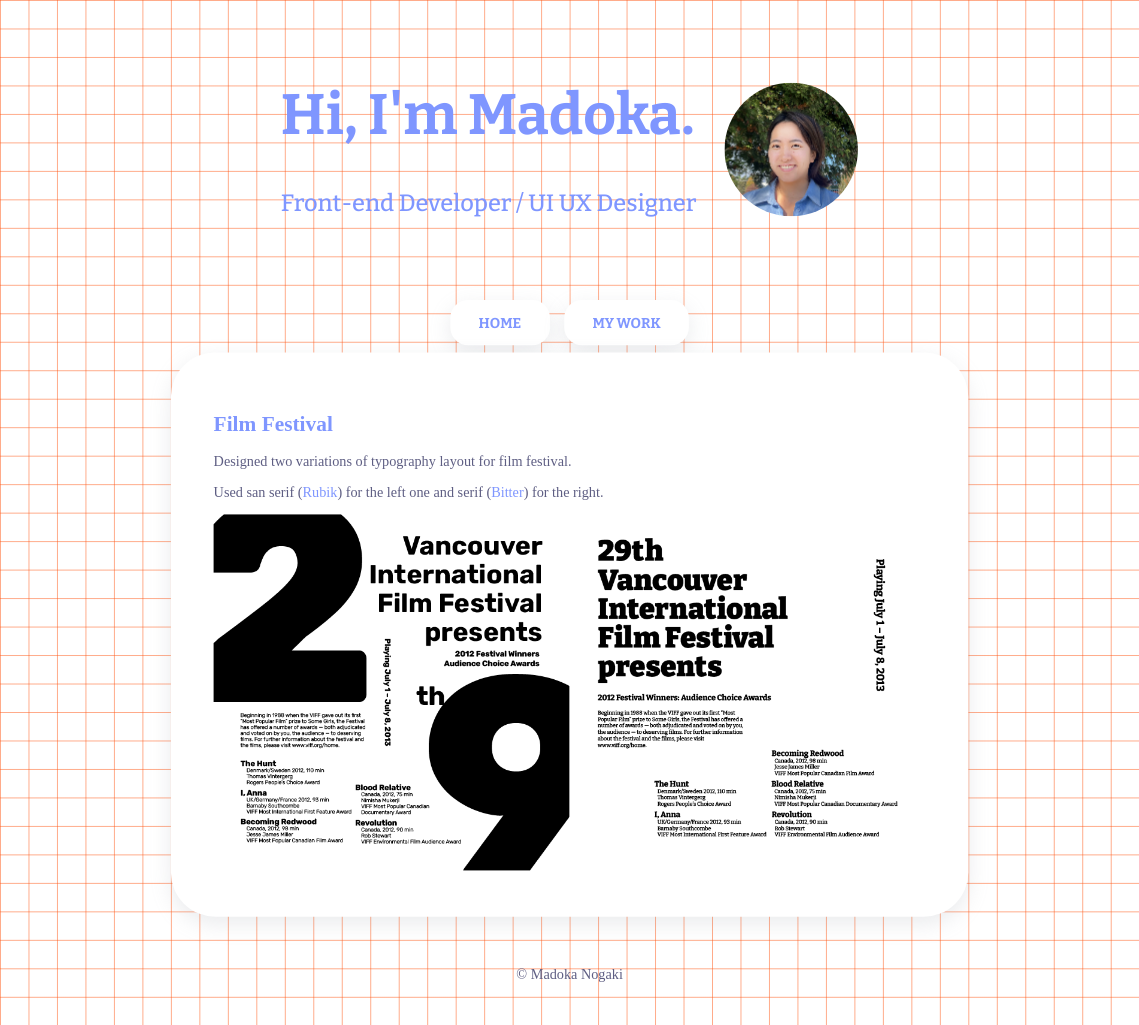
Repository: ohmaruko/portfolio
Page: /links/filmFestival
These files come from the project's save history. The page is drawn as it stood at one moment and after a run of saves; the edit follows.
The browser window is 1280 px wide. The pictures show the whole page, at 89% of full size.
The project was rebuilt for these pictures with package versions that can differ from the ones it lists, and the page was loaded fresh each time. The framework's server and built-in components were replaced by stand-ins that run in the browser. Also part of the build but not shown: next.config.mjs.

Above is the page before, as saved 2024-02-18 23:46:26.

### pages/links/filmFestival.js
import styles from '/styles/Home.module.css'
import Header from '@/components/Header'
import Footer from '@/components/Footer'
import { Open_Sans } from 'next/font/google'
import Image from 'next/image'
const openSans = Open_Sans ({subsets: ['latin']})
import Box from '@/components/Box'

export default function Works() {
  return (
    <>

      <head>
        <title>Madoka Nogaki Portfolio</title>
        <meta name="description" content="Portfolio page" />
        <meta name="viewport" content="width=device-width, initial-scale=1" />
        <link rel="icon" href="/favicon.png" />
      </head>

      <div className={styles.container}>
        <Header className={openSans.className}/>
        <main className={styles.film}>
            <div>
                <Box content={
                    <div>
                        <h2>Film Festival</h2>
                        <p>Designed two variations of typography layout for film festival.</p>
                        <p>Used san serif (<a href="https://fonts.google.com/specimen/Rubik" target='_blank'>Rubik</a>) for the left one
                        and serif (<a href="https://fonts.google.com/specimen/Bitter" target='_blank'>Bitter</a>) for the right.</p>
                        <Image src='/images/film1.png' alt='Hair Sunset Ad1' width={400} height={400}/>
                        <Image src='/images/film2.png' alt='Hair Sunset Ad1' width={400} height={400}/>

                    </div>
                }/>
            </div>
        </main>

        <div className={styles.outerContainer}>
          <Footer />
        </div>
      </div>

    </>
  )
}

### styles/globals.css
:root {
  --orange: #FF5714;
  --light-orange: rgba(255, 87, 20, 0.5);
  --blue: #7F96FF;
  --white: #fff;
  --light-yellow: #FFF6E5;
  --text: #5e5e83;
  color: var(--blue);
}

body {
  margin: 0;
  background-image:
    linear-gradient(to right, var(--light-orange) 1px, transparent 1px),
    linear-gradient(to bottom, var(--light-orange) 1px, transparent 1px);
  background-size: 2em 2em;
  background-color: var(--white);
}
h1 {
  font-size: 64px;
}
h2 {
  font-size: 24px;
}
p {
  color: var(--text);
  font-size: 16px;
}
@media (max-width: 820px){
  h1 {
    font-size: 36px;
  }
  p {
    font-size: 14px;
  }
}

### styles/Home.module.css
.container {
  display: flex;
  flex-direction: column;
  align-items: center;
  min-height: 100vh;
  width: 100%;
}
/* .header {
  width: 70%;
} */
.outerContainer {
  display: flex;
  flex-wrap: wrap;
  width: 70%;
  justify-content: center;
  margin: 2em auto;
}
.box1 {
  width: 60%;
}
.box2 {
  width: 40%;
}
.link {
  text-decoration: none;
  color: var(--text);
  display: flex;
  align-items: center;
  gap: 1rem;
}
.logo {
  fill: var(--blue);
  padding: 5px;
  border-radius: 10px;
}
.link:hover .logo{
  background-color: var(--blue);
  fill: var(--white);
}
.skill {
  display: flex;
  gap: 1rem;
}
.footer {
  margin: 2rem;
}
.works {
  margin: 2rem;
  width: 70%;
  display: flex;
  flex-wrap: wrap;
  justify-content: center;
}
.donuts {
  width: 70%;
}
.ads {
  display: flex;
  flex-wrap: wrap;
  justify-content: center;
  gap: 1rem;
}
.logoContainer {
  display: flex;
  flex-direction: column;
}
.logoInner{
  display: flex;
  justify-content: space-evenly;
}
.film a{
  text-decoration: none;
  color: var(--blue);
}


/* mobile */
@media (max-width: 820px){
  .box1 {
    flex-basis: 100%;
  }
  .box2 {
    flex-basis: 100%;
  }
  .outerContainer {
    width: 90%;
  }
  .donuts {
    width: 90%;
  }
  .hair {
    width: 90%;
  }
}

### components/Header/index.js
import styles from './Header.module.css'
import Image from 'next/image'
import Link from 'next/link'
import { Bitter } from 'next/font/google'
const bitter = Bitter ({subsets: ['latin']})

export default function Header() {
    return (
        <header className={`${styles.header}, ${bitter.className}`}>
            <div className={styles.banner}>
                <div>
                    <h1>Hi, I'm Madoka.</h1>
                    <h5 style={{fontWeight: 500}}>Front-end Developer / UI UX Designer</h5>
                </div>
                <Image src="/images/profile.png" alt="profile image" width={150} height={150} className={styles.img} />
            </div>
            <div className={styles.menu}>
                <Link href='/'>HOME</Link>
                <Link href='/works'>MY WORK</Link>
            </div>
        </header>

    )
}

### components/Footer/index.js
import styles from "./Footer.module.css"

export default function Footer() {
    return (
        <>
            <p>&copy; Madoka Nogaki</p>
        </>
    )
}

### components/Box/index.js
import styles from "./Box.module.css"

export default function Box({
    title,
    content,
}) {
    return (
        <div className={styles.box} style={{}}>
            <h2 style={{color: "var(--blue)"}}>{title}</h2>
            {content}
        </div>
    )
}

### components/Header/Header.module.css
.header {
    width: 100%;
}
.banner {
    font-size: 2em;
    color: var(--blue);
    display: flex;
    justify-content: center;
    align-items: center;
    gap: 2rem;
    margin: 3rem 0;
}
.img {
    border-radius: 50%;
}
.menu {
    display: flex;
    justify-content: center;
    gap: 1rem;
}
.menu a {
    text-decoration: none;
    color: var(--blue);
    font-weight: bold;
    background-color: var(--white);
    box-shadow: rgba(149, 157, 165, 0.2) 0px 8px 24px;
    border-radius: 20px;
    padding: 1rem 2rem;
}
.menu a:hover {
    background-color: var(--blue);
    color: var(--white);
}

@media (max-width: 820px){
    .banner{
        display: flex;
        flex-direction: column;
        margin: 2rem 1rem;
        text-align: center;
        gap: 0;
    }
}

### components/Box/Box.module.css
.box {
    background-color: var(--white);
    padding: 3em;
    margin: 0.5em;
    border-radius: 50px;
    box-shadow: rgba(149, 157, 165, 0.2) 0px 8px 24px;
}

Loaded but not shown: pages/_app.js (common file); pages/_document.js (common file); components/Footer/Footer.module.css (no stored copy; drawn as an empty file)

After the next 2 saves:
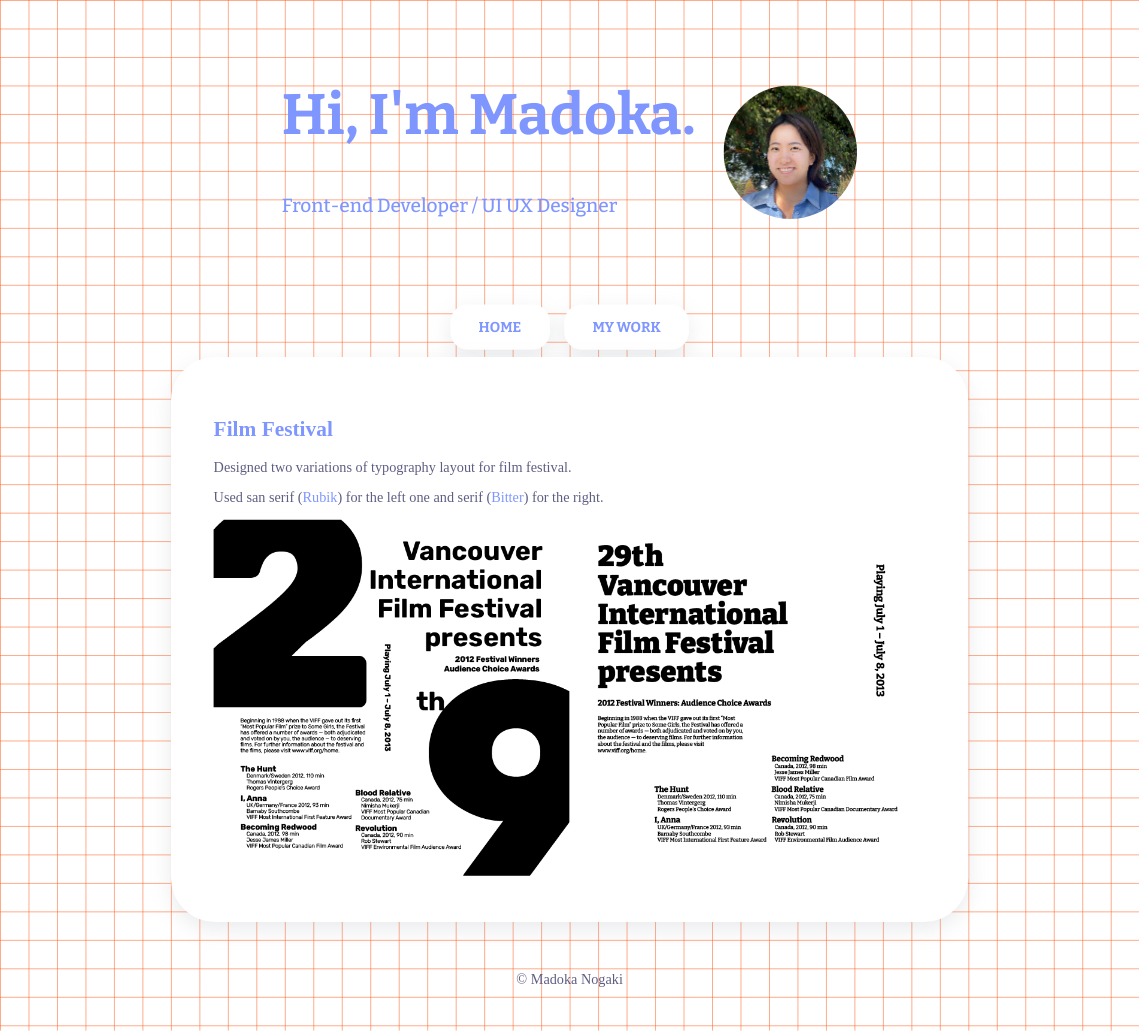
The 2 saves are shown as one change because they came seconds apart.
The last was saved 37 s later.
--- a/components/Header/index.js
+++ b/components/Header/index.js
@@ -10,7 +10,7 @@
             <div className={styles.banner}>
                 <div>
                     <h1>Hi, I'm Madoka.</h1>
-                    <h5 style={{fontWeight: 500}}>Front-end Developer / UI UX Designer</h5>
+                    <h6 style={{fontWeight: 500}}>Front-end Developer / UI UX Designer</h6>
                 </div>
                 <Image src="/images/profile.png" alt="profile image" width={150} height={150} className={styles.img} />
             </div>
